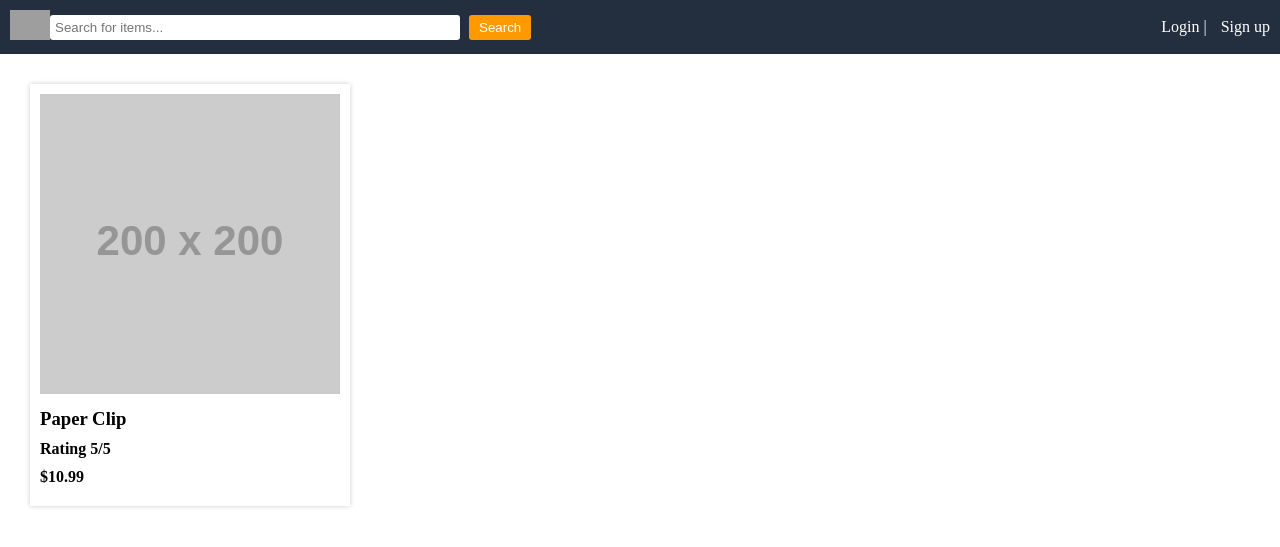
Repository: Minh-John-Le/OfficeSupplyDepot
Page: OfficeSupplyDepotServlet/src/main/webapp/MainPage.html
These files come from the project's save history. The page is drawn as it stood at one moment and after the next save; the edit follows.
The browser window is 1280 px wide. The pictures show the whole page.
Pictures or frames that could not be fetched are drawn as grey boxes.

Above is the page before, as saved 2023-03-13 06:33:03.

After the next save:
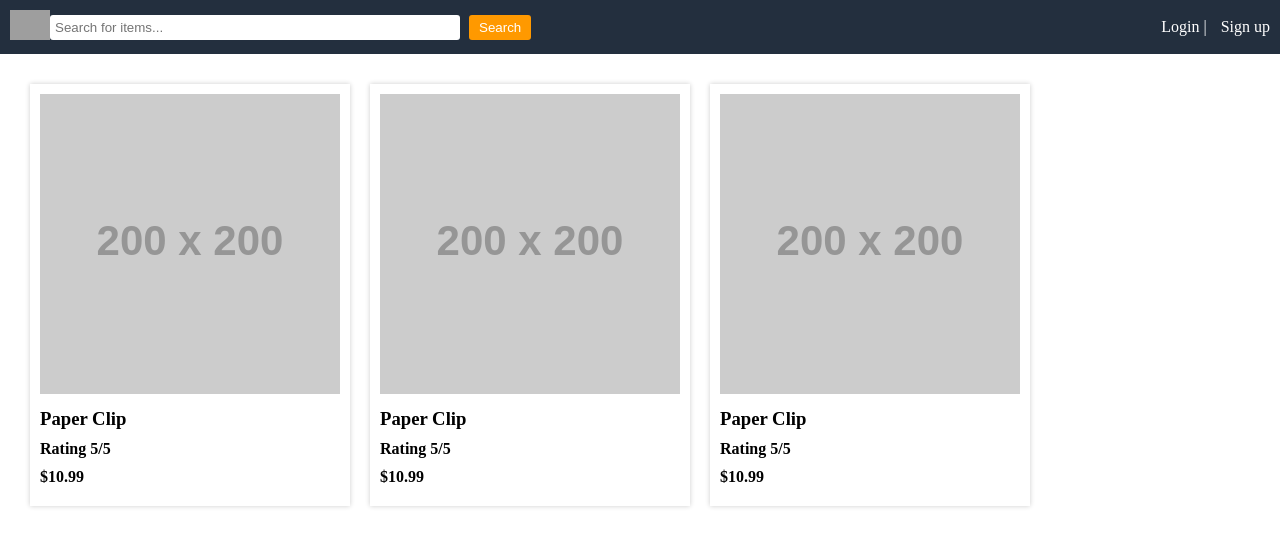
Saved 7 s later.
--- a/OfficeSupplyDepotServlet/src/main/webapp/MainPage.html
+++ b/OfficeSupplyDepotServlet/src/main/webapp/MainPage.html
@@ -25,6 +25,18 @@
 			<p>Rating 5/5</p>
 			<p>$10.99</p>
 		</div>
+		<div class="item-box">
+			<img src="https://dummyimage.com/200x200/000/fff&text=Paperclips">
+			<h3>Paper Clip</h3>
+			<p>Rating 5/5</p>
+			<p>$10.99</p>
+		</div>
+		<div class="item-box">
+			<img src="https://dummyimage.com/200x200/000/fff&text=Paperclips">
+			<h3>Paper Clip</h3>
+			<p>Rating 5/5</p>
+			<p>$10.99</p>
+		</div>
 	</div>
 </body>
 </html>
